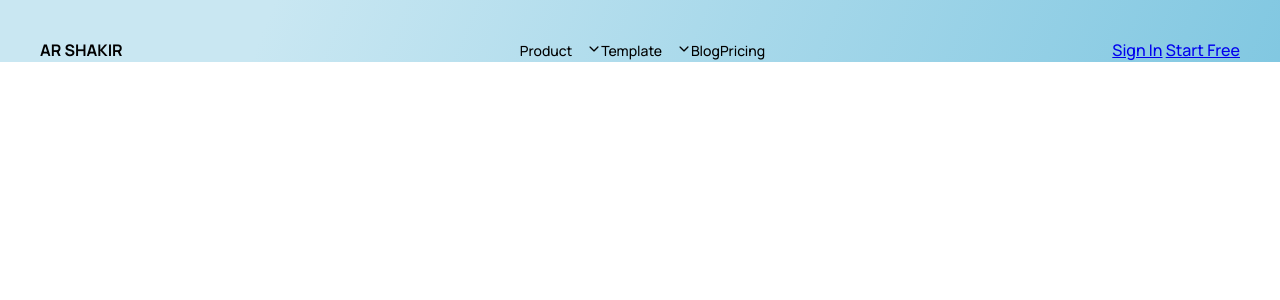
Repository: duongdori/ARShakir
Page: index.html
An editor plug-in stored every save of this project. The page is shown before and after the next save, followed by the edit.
The browser window is 1280 px wide. The pictures show the whole page.

Above is the page before, as saved 2022-04-01 22:26:53.

After the next save:
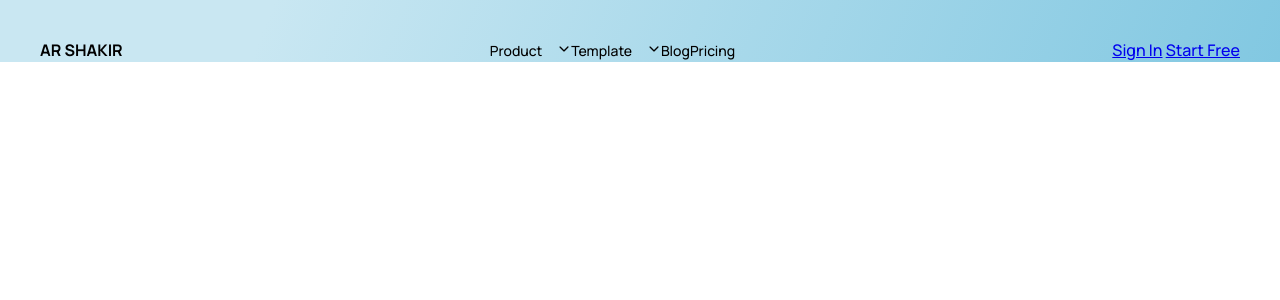
Saved 16 s later.
--- a/assets/css/main.css
+++ b/assets/css/main.css
@@ -71,7 +71,7 @@ body {
 .header-menu{
     display:flex;
     align-items: center;
-    padding-left: 50px;
+    margin-right: 50px;
     list-style: none;
     font-weight: 500;
     font-size: 14px;
